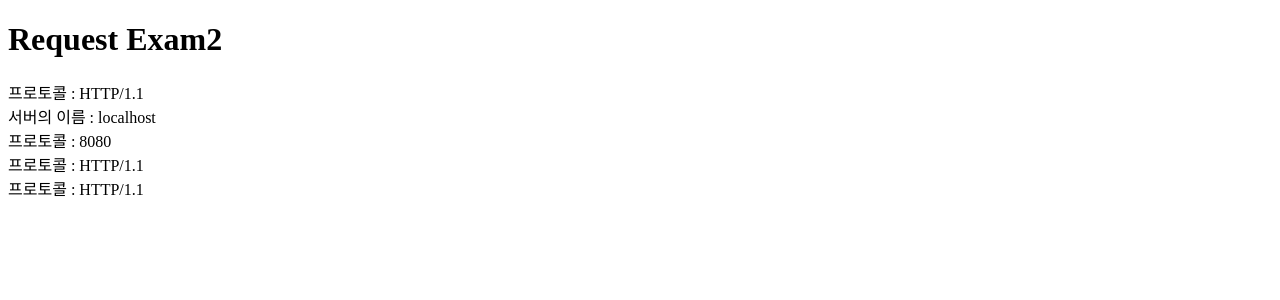
Repository: kimwoongasd/JSPAndServlet
Page: http://localhost/day1221/22_request1.jsp
The author's editor kept a copy of each file at every save. The page is drawn from the files as they stood at one save, then again after the next save.
The browser window is 1280 px wide. The pictures show the whole page.
The page is served by Tomcat 9. Other server files are loaded and not shown.

Above is the page before, as saved 2023-12-21 07:21:47.

### day1221/src/main/webapp/22_request1.jsp
<%@ page language="java" contentType="text/html; charset=UTF-8"
    pageEncoding="UTF-8"%>
<!DOCTYPE html>
<html>
<head>
<meta charset="UTF-8">
<title>Insert title here</title>
</head>
<body>
	<%
		// 프로토콜(통신규약)을 읽어온다
		String protocol = request.getProtocol();
		// 서버의 이름을 읽어온다
		String serverNmae = request.getServerName();
		// 포트번호를 읽어온다
		int serverPort = request.getServerPort();
		// 요청한 클라이언트의 ip주소를 가져온다
		String remoteAddr = request.getRemoteAddr();
		// 서버 컴퓨터의 이름을 읽어온다
		String remoteHost = request.getRemoteHost();
		// 서비스 요청방식을 읽어온다
		String method = request.getMethod();
		// 클라이언트가 웹브라우저에 입력한 주소표시줄의 내용을 HTTP부터 모두 읽어온다
		StringBuffer requestURL = request.getRequestURL();
		// 클라이언트가 웹브라우저의 입력한 주수표시줄의 내용중에 컨텍스트명부터 읽어온다
		String requestURI = request.getRequestURI();
		// 클라이언트의 접속한 웹브라우저의 정보를 읽어온다
		String userBrowser = request.getHeader("User-Agent");
		// 클라이언트가 접속한 웹브라우저가 지원가능한 파일타입을 모두 읽어온다
		String fileType = request.getHeader("Accept");
	%>

	<h1>Request Exam2</h1>
	프로토콜 : <%=protocol %><br>
	서버의 이름 : <%=serverNmae %><br>
	프로토콜 : <%=serverPort %><br>
	프로토콜 : <%=protocol %><br>
	프로토콜 : <%=protocol %><br>
</body>
</html>

After the next save:
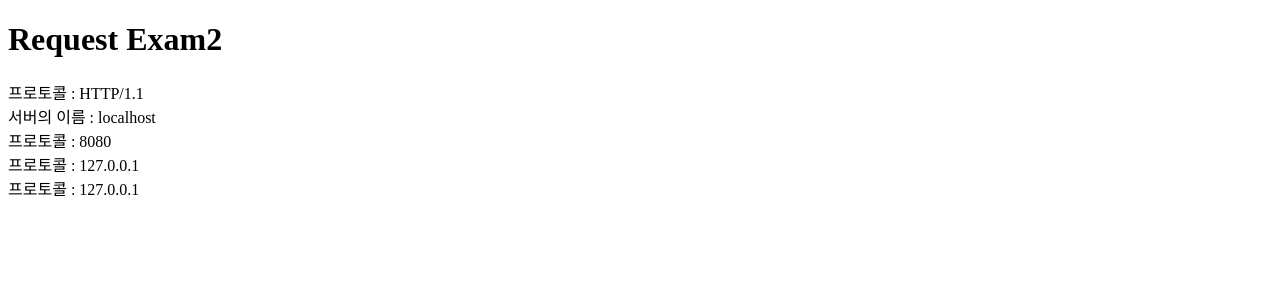
Saved 17 s later.
--- a/day1221/src/main/webapp/22_request1.jsp
+++ b/day1221/src/main/webapp/22_request1.jsp
@@ -34,7 +34,7 @@
 	프로토콜 : <%=protocol %><br>
 	서버의 이름 : <%=serverNmae %><br>
 	프로토콜 : <%=serverPort %><br>
-	프로토콜 : <%=protocol %><br>
-	프로토콜 : <%=protocol %><br>
+	프로토콜 : <%=remoteAddr %><br>
+	프로토콜 : <%=remoteHost %><br>
 </body>
 </html>
